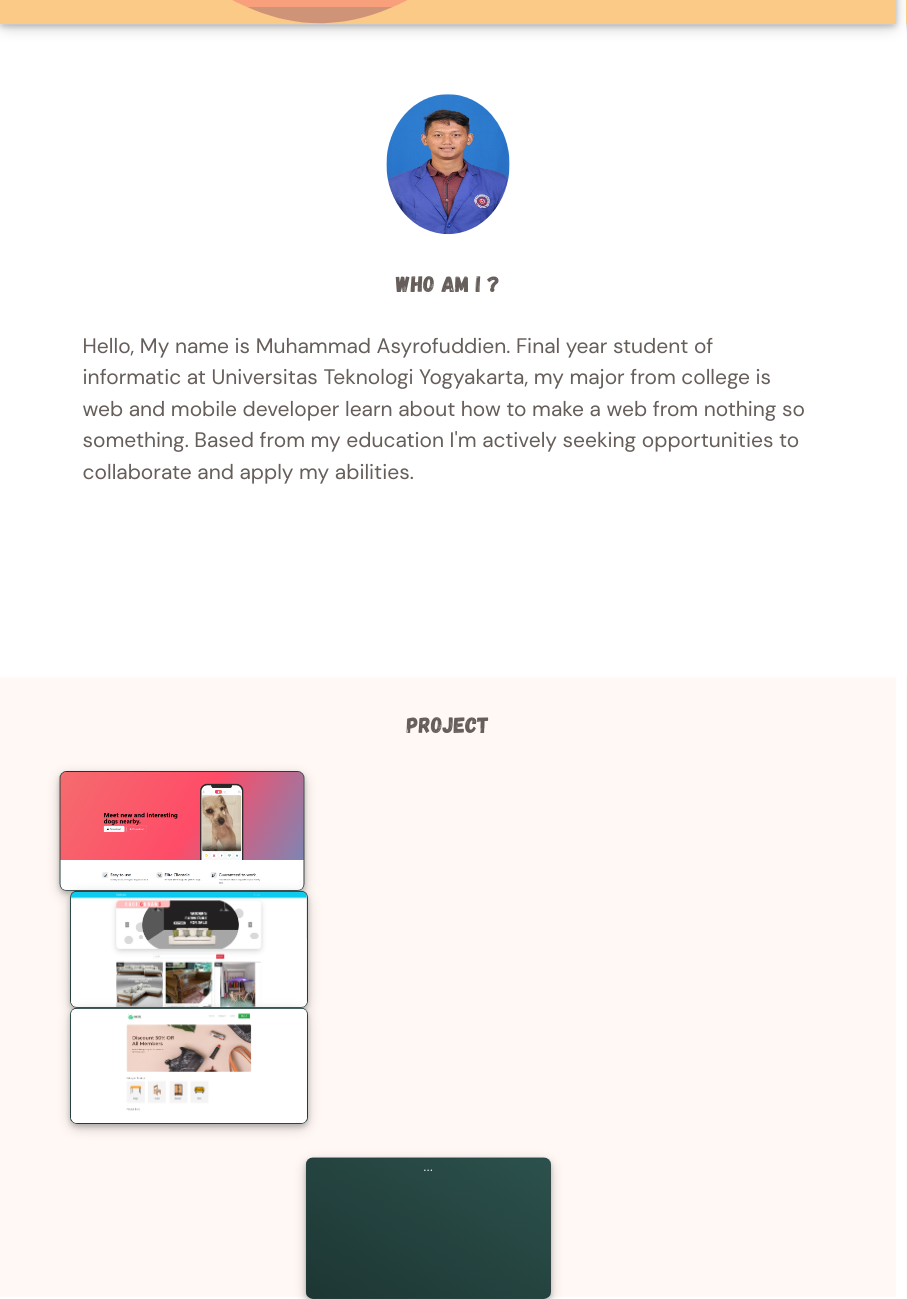
Repository: zetta-muhammad-asyrofuddien/Html-Css-ZettaCAmp
Page: Day1/Portofolio/index.html
These files come from the project's save history. The page is drawn as it stood at one moment and after the next save; the edit follows.
The browser window is 1280 px wide. The page is 1295 px wide, so the pictures cover 1295 px, including what lies to the right of the window. The pictures show the part of the page from y = 901 to 2781 px (the page is 2757 px tall before and 2781 px after), at 70% of full size.

Above is the page before, as saved 2023-07-07 02:27:17.

After the next save:
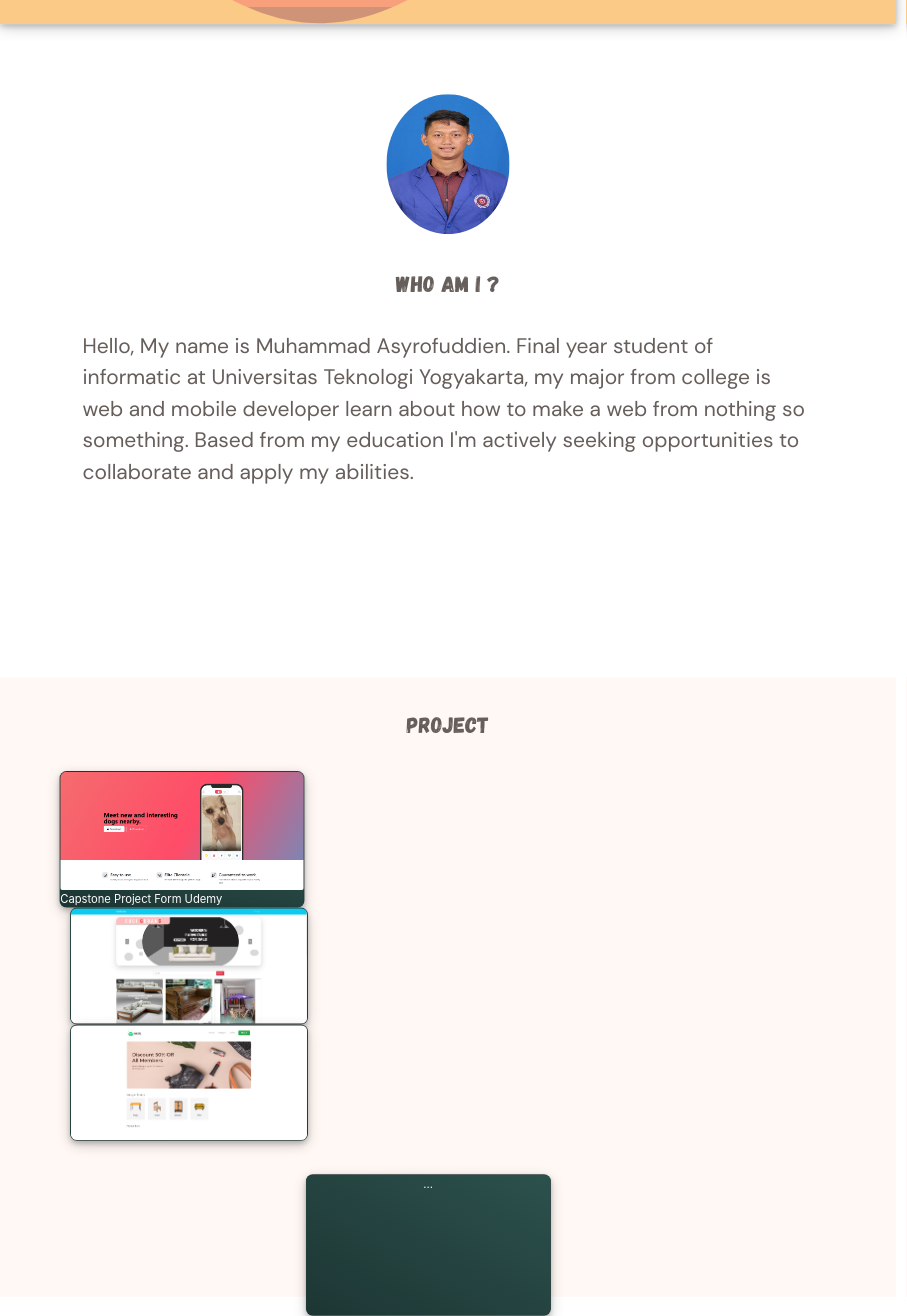
Saved 9 s later.
--- a/Day1/Portofolio/index.html
+++ b/Day1/Portofolio/index.html
@@ -69,8 +69,8 @@
             <div class="card text-bg-dark" style="height: auto">
               <span class="circle"></span>
               <img src="./asset/img/thindog.png" class="card-img" alt="..." />
-              <div class="card-img-overlay text-center d-flex align-items-center">
-                <a href="https://asyrofuddien.github.io/capstone-ThinDog/"></a><p class="card-text">Capstone Project Form Udemy</p></div>
+              <a class="card-img-overlay text-center d-flex align-items-center">
+                <a href="https://asyrofuddien.github.io/capstone-ThinDog/"></a><p class="card-text">Capstone Project Form Udemy</p></a>
               </div>
             </div>
           </div>
